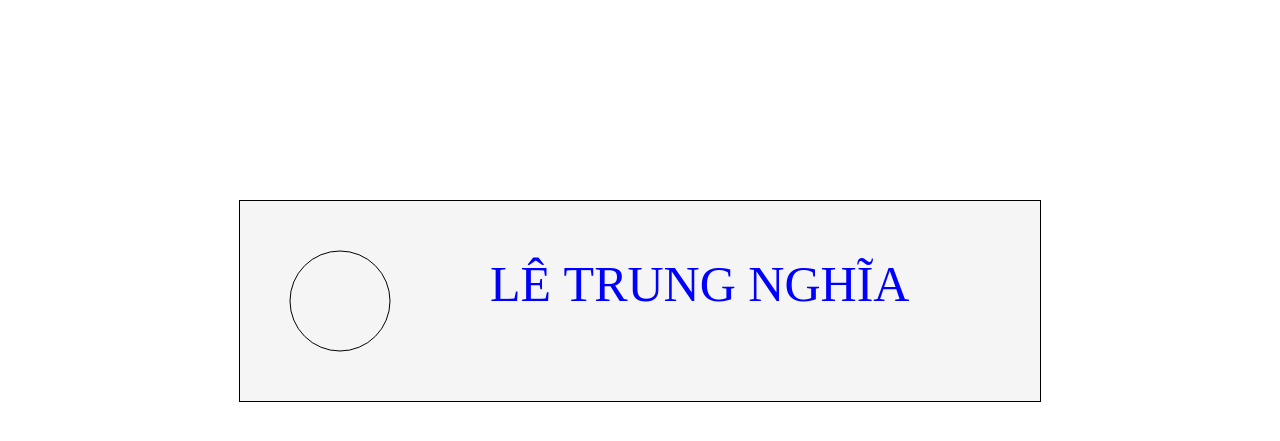
Repository: Nghia19/WEB20022-_00
Page: HTML5_CSS3/bai-4.html
An editor plug-in stored every save of this project. The page is shown before and after the next save, followed by the edit.
The browser window is 1280 px wide. The pictures show the whole page.

Above is the page before, as saved 2021-06-26 13:39:39.

### HTML5_CSS3/bai-4.html
<!DOCTYPE html>
<html lang="en">
  <head>
    <meta charset="UTF-8" />
    <meta http-equiv="X-UA-Compatible" content="IE=edge" />
    <meta name="viewport" content="width=device-width, initial-scale=1.0" />
    <title>Bài 4</title>
  </head>

  <body>
    <canvas
      id="arcexmaple"
      width="800"
      height="200"
      style="
        display: block;
        margin: 200px auto;
        background: whitesmoke;
        border-color: rgb(162, 0, 255);
        border: 1px solid #000;
      "
    >
    </canvas>
    <script>
      const canvas = document.getElementById("arcexmaple");
      let ctx = canvas.getContext("2d");
      ctx.font = "50px serif";
      ctx.fillStyle = "blue";
      ctx.fillText("LÊ TRUNG NGHĨA", 250, 100);
      ctx.beginPath();
      ctx.arc(100, 100, 50, 0, 2 * Math.PI);
      ctx.stroke();
    </script>
  </body>
</html>

After the next save:
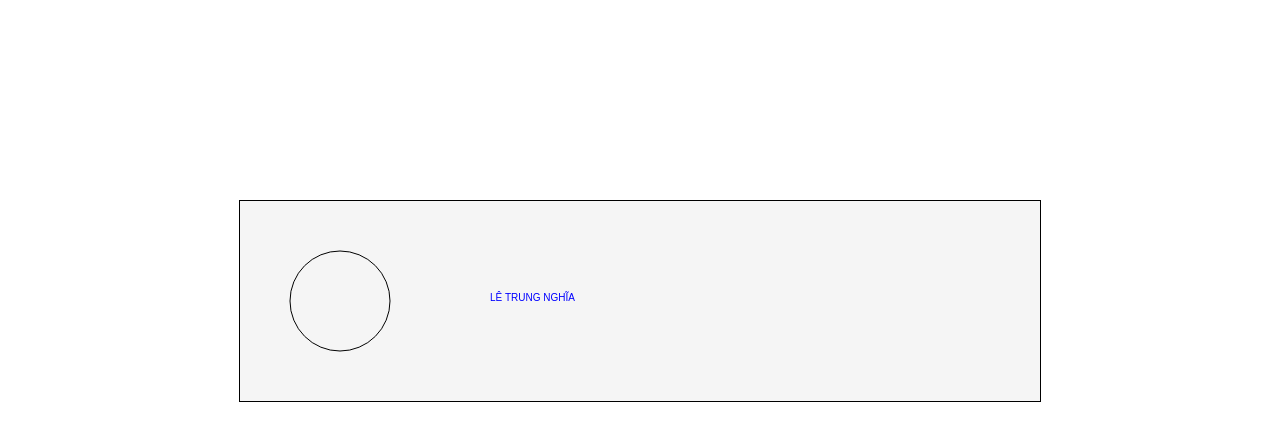
Saved 52 s later.
--- a/HTML5_CSS3/bai-4.html
+++ b/HTML5_CSS3/bai-4.html
@@ -24,7 +24,7 @@
     <script>
       const canvas = document.getElementById("arcexmaple");
       let ctx = canvas.getContext("2d");
-      ctx.font = "50px serif";
+      ctx.font = "50px";
       ctx.fillStyle = "blue";
       ctx.fillText("LÊ TRUNG NGHĨA", 250, 100);
       ctx.beginPath();
